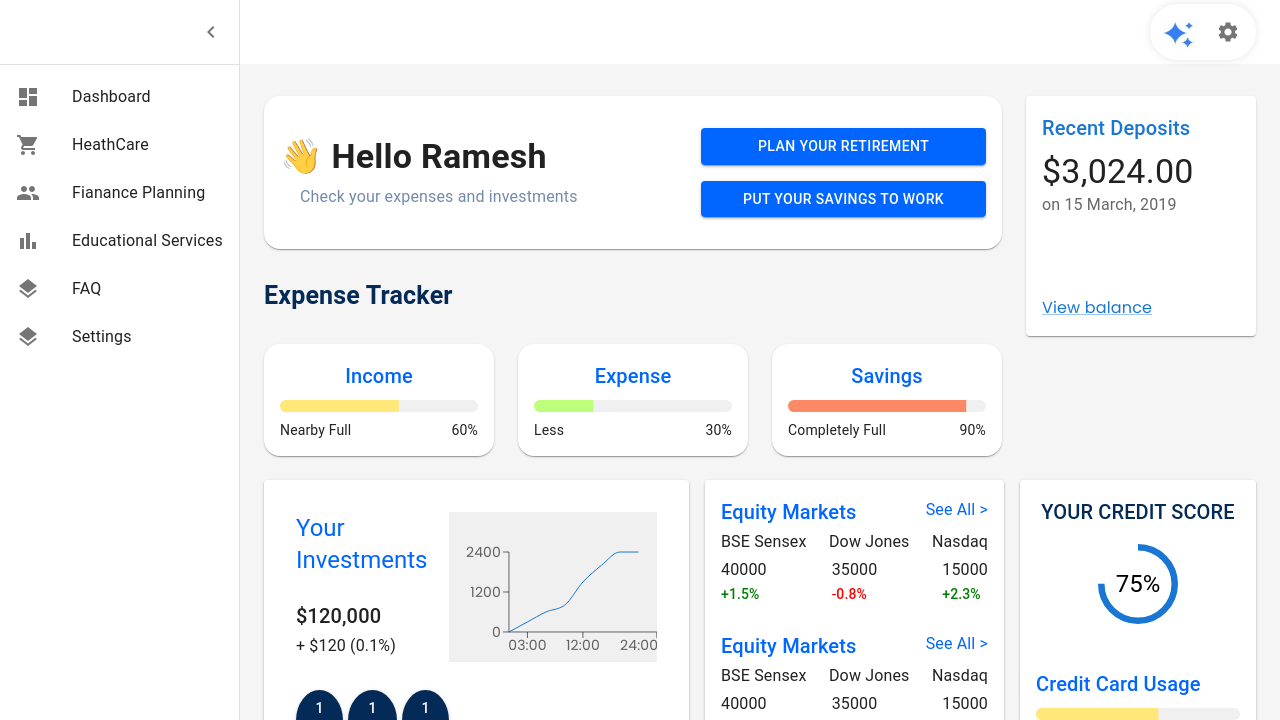
Repository: shubhampirate/TIAA_Retirement_hackathon
Page: /
An editor plug-in stored every save of this project. The page is shown before and after the next save, followed by the edit.
The browser window is 1280 px wide. The pictures show the whole page.
An inner scrolling area shows only its first screen. The project was rebuilt for these pictures with package versions that can differ from the ones it lists, and the page was loaded fresh each time. Also part of the build but not shown: src/Components/CustomButton.jsx, src/Components/Navbar.jsx, src/Components/Properties.jsx, src/Components/Footer.jsx, src/Components/Hero.jsx, src/pages/Sign_In.jsx.

Above is the page before, as saved 2023-11-15 14:34:39.

After the next save:
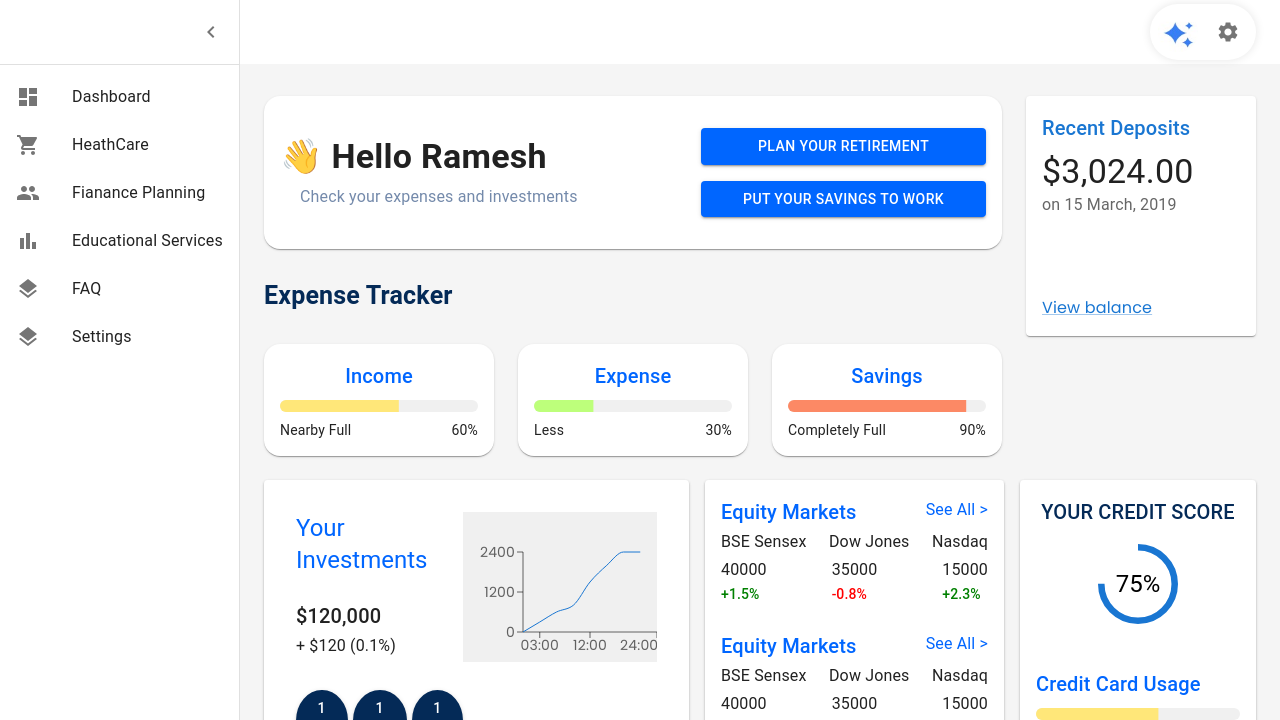
Saved 14 s later.
--- a/src/Components/YourComponent.jsx
+++ b/src/Components/YourComponent.jsx
@@ -52,7 +52,7 @@ const InvestmentsBox = () => (
         </div>
       </div>
       {/* Chart (replace with your actual chart component) */}
-      <div style={{ width: '70%', height: '150px', backgroundColor: '#f0f0f0' }}>
+      <div style={{ width: '60%', height: '150px', backgroundColor: '#f0f0f0' }}>
         {/* Replace this div with your actual chart component */}
         <div style={{ width: '100%', height: '100%', display: 'flex', justifyContent: 'center', alignItems: 'center' }}>
           <Chart />
